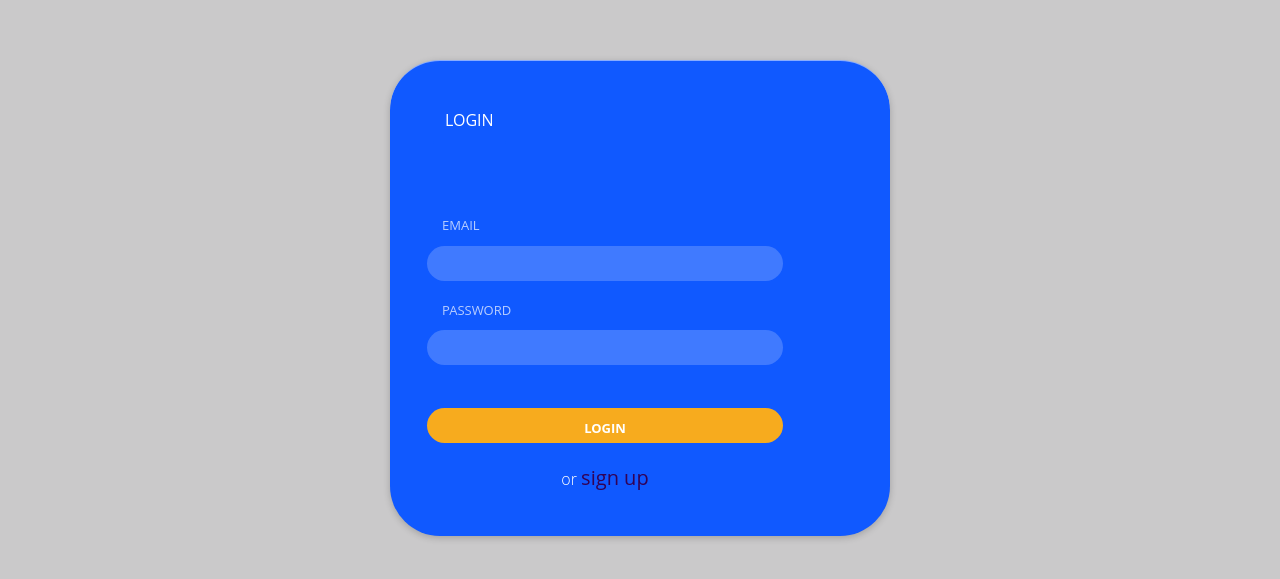
Repository: Yassin-Boushi/Safer
Page: http://localhost/login
An editor plug-in stored every save of this project. The page is shown before and after the next save, followed by the edit.
The browser window is 1280 px wide. The pictures show the whole page.
The page is served by the project's Laravel application, run on PHP 8.4 with Laravel 9. Other server files are loaded and not shown.

Above is the page before, as saved 2025-01-29 08:42:34.

### routes/web.php
<?php

use App\Http\Controllers\AccountController;
use App\Http\Controllers\FlightController;
use App\Http\Controllers\TicketController;
use Illuminate\Support\Facades\Route;

/*
|--------------------------------------------------------------------------
| Web Routes
|--------------------------------------------------------------------------
|
| Here is where you can register web routes for your application. These
| routes are loaded by the RouteServiceProvider within a group which
| contains the "web" middleware group. Now create something great!
|
*/

Route::get('/', function () {
    return redirect('flights');
});

Route::view('login', 'login');
Route::view('add_flight', 'flight.add');

////////////////////////// account
Route::post('account/login', [AccountController::class, 'login']);
Route::get('account/logout', [AccountController::class, 'logout']);

////////////////////////////// flight
Route::resource('flights', FlightController::class);
Route::get('flight/edit/{id}', [FlightController::class, 'edit']);
Route::post('flight/update/{id}', [FlightController::class, 'update']);
Route::get('flight/destroy/{id}', [FlightController::class, 'destroy']);


////////////////////////////// ticket
Route::resource('tickets', TicketController::class);
Route::get('ticket/edit/{id}', [FlightController::class, 'edit']);
Route::post('ticket/update/{id}', [FlightController::class, 'update']);
Route::get('ticket/destroy/{id}', [FlightController::class, 'destroy']);

### resources/views/login.blade.php
<link href="/css/bootstrap.min.css" rel="stylesheet">
    <link rel="stylesheet" href="/css/add.css">
<div class="container">
    <div class="frame h-auto">
        <div class="nav">
            <ul class="links">
                <li class="signin-active"><a class="btn">login </a></li>
            </ul>
        </div>
        <div ng-app ng-init="checked = false">

            <form class="form-signin" action="account/login" method="post" enctype="multipart/form-data" >
            @csrf
             <label for="email">email</label>
             <input class="form-styling" type="text" name="email" placeholder="" />
             <label for="password">password </label> <input class="form-styling" type="password" name="password" placeholder="" />
           <br>
            <input type="submit" style="background-color: rgb(247, 171, 30) " class=" btn-signup " value="login">
            <br>
            <br>


            <div class="" style="color:white;text-align:center;margin-top:30px"> or <a href="sign_up_student">sign up</a> </div>


            </form>

<script src="/js/bootstrap.bundle.min.js"></script>
    <script src="/js/all.min.js"></script>

### public/css/add.css

html,
body * {
    box-sizing: border-box;
    font-family: 'Open Sans', sans-serif
}

body {
    background-color: #cac9ca;
   background-size: cover
}

.container {
    width: 100%;
    padding-top: 60px;
    padding-bottom: 100px
}

.frame {
    height: 700px;
    width: 500px;
    background-color: #1059FF;
    background-size: cover;
    margin-left: auto;
    margin-right: auto;
    border-top: solid 1px rgba(255, 255, 255, .5);
    border-radius: 5px;
    box-shadow: 0px 2px 7px rgba(0, 0, 0, 0.2);
    border-radius: 50px;
    transition: all .5s ease
}

.frame-long {
    height: 615px
}

.frame-short {
    /* height: 400px;  */
    margin-top: 50px;
    box-shadow: 0px 2px 7px rgba(0, 0, 0, 0.1)
}

.nav {
    width: 100%;
    height: 100px;
    padding-top: 40px;
    opacity: 1;
    transition: all .5s ease
}

.nav-up {
    transform: translateY(-100px);
    opacity: 0
}

li {
    padding-left: 10px;
    font-size: 18px;
    display: inline;
    text-align: left;
    text-transform: uppercase;
    padding-right: 10px;
    color: #ffffff
}

.signin-active a {
    padding-bottom: 10px;
    color: #ffffff;
    text-decoration: none;
    border-bottom: solid 2px #1059FF;
    transition: all .25s ease;
    cursor: pointer
}

.signin-inactive a {
    padding-bottom: 0;
    color: rgba(255, 255, 255, .3);
    text-decoration: none;
    border-bottom: none;
    cursor: pointer
}

.signup-active a {
    cursor: pointer;
    color: #ffffff;
    text-decoration: none;
    border-bottom: solid 1px #1059FF;
    padding-bottom: 10px
}

.signup-inactive a {
    cursor: pointer;
    color: rgba(255, 255, 255, .3);
    text-decoration: none;
    transition: all .25s ease
}

.form-signin {
    width: 430px;
    height: 375px;
    font-size: 16px;
    font-weight: 300;
    padding-left: 37px;


padding-right: 37px;
    padding-top: 55px;
    transition: opacity .5s ease, transform .5s ease
}

.form-signin-left {
    transform: translateX(-400px);
    opacity: .0
}

.form-signup {
    width: 430px;
    height: 375px;
    font-size: 12px;
    font-weight: 300;
    padding-left: 37px;
    padding-right: 37px;
    padding-top: 55px;
    position: relative;
    top: -375px;
    left: 400px;
    opacity: 0;
    transition: all .5s ease
}

.form-signup-left {
    transform: translateX(-399px);
    opacity: 1
}

.form-signup-down {
    top: 0px;
    opacity: 0
}

.success {
    width: 80%;
    height: 150px;
    text-align: center;
    position: relative;
    top: -890px;
    left: 450px;
    opacity: .0;
    transition: all .8s .4s ease
}

.success-left {
    transform: translateX(-406px);
    opacity: 1
}

.successtext {
    color: #ffffff;
    font-size: 16px;
    font-weight: 300;
    margin-top: -35px;
    padding-left: 37px;
    padding-right: 37px
}

#check path {
    stroke: #ffffff;
    stroke-linecap: round;
    stroke-linejoin: round;
    stroke-width: .85px;
    stroke-dasharray: 60px 300px;
    stroke-dashoffset: -166px;
    fill: rgba(255, 255, 255, .0);
    transition: stroke-dashoffset 2s ease .5s, fill 1.5s ease 1.0s
}

#check.checked path {
    stroke-dashoffset: 33px;
    fill: rgba(255, 255, 255, .03)
}

.form-signin input,
.form-signup input {
    color: #ffffff;
    font-size: 13px
}

.form-styling {
    width: 100%;
    height: 35px;
    padding-left: 15px;
    border: none;
    border-radius: 20px;
    margin-bottom: 20px;
    background: rgba(255, 255, 255, .2)
}

label {
    font-weight: 400;
    text-transform: uppercase;
    font-size: 13px;
    padding-left: 15px;
    padding-bottom: 10px;
    color: rgba(255, 255, 255, .7);
    display: block
}

:focus {
    outline: none
}

.form-signin input:focus,
textarea:focus,
.form-signup input:focus,
textarea:focus {
    background: rgba(255, 255, 255, .3);
    border: none;
    padding-right: 40px;
    transition: background .5s ease
}


/* [type="checkbox"]:not(:checked),
[type="checkbox"]:checked {
    position: absolute;
    display: none
}

[type="checkbox"]:not(:checked)+label,
[type="checkbox"]:checked+label {
    position: relative;
    padding-left: 85px;
    padding-top: 2px;
    cursor: pointer;
    margin-top: 8px
}

[type="checkbox"]:not(:checked)+label:before,
[type="checkbox"]:checked+label:before,
[type="checkbox"]:not(:checked)+label:after,
[type="checkbox"]:checked+label:after {
    content: '';
    position: absolute
}

[type="checkbox"]:not(:checked)+label:before,
[type="checkbox"]:checked+label:before {
    width: 65px;
    height: 30px;
    background: rgba(255, 255, 255, .2);
    border-radius: 15px;
    left: 0;
    top: -3px;
    transition: all .2s ease
}

[type="checkbox"]:not(:checked)+label:after,
[type="checkbox"]:checked+label:after {
    width: 10px;
    height: 10px;
    background: rgba(255, 255, 255, .7);
    border-radius: 50%;
    top: 7px;
    left: 10px;
    transition: all .2s ease
}

[type="checkbox"]:checked+label:before {
    background: #0F4FE6
}

[type="checkbox"]:checked+label:after {
    background: #ffffff;
    top: 7px;
    left: 45px
}

[type="checkbox"]:checked+label .ui,
[type="checkbox"]:not(:checked)+label .ui:before,
[type="checkbox"]:checked+label .ui:after {
    position: absolute;
    left: 6px;
    width: 65px;
    border-radius: 15px;
    font-size: 14px;
    font-weight: bold;
    line-height: 22px;
    transition: all .2s ease
}

[type="checkbox"]:not(:checked)+label .ui:before {
    content: "no";
    left: 32px;


color: rgba(255, 255, 255, .7)
}

[type="checkbox"]:checked+label .ui:after {
    content: "yes";
    color: #ffffff
}

[type="checkbox"]:focus+label:before {
    box-sizing: border-box;
    margin-top: -1px
}  */

.btn-signup {
    float: left;
    font-weight: 700;
    text-transform: uppercase;
    font-size: 13px;
    text-align: center;
    color: #ffffff;
    padding-top: 8px;
    width: 100%;
    height: 35px;
    border: none;
    border-radius: 20px;
    margin-top: 23px;
    background-color: #1059FF
}

.btn-signin {
    float: left;
    padding-top: 8px;
    width: 100%;
    height: 35px;
    border: none;
    border-radius: 20px;
    margin-top: -8px
}

.btn-animate {
    float: left;
    font-weight: 700;
    text-transform: uppercase;
    font-size: 13px;
    text-align: center;
    color: rgba(255, 255, 255, 1);
    padding-top: 8px;
    width: 100%;
    height: 35px;
    border: none;
    border-radius: 20px;
    margin-top: 23px;
    background-color: rgba(16, 89, 255, 1);
    left: 0px;
    top: 0px;
    transition: all .5s ease, top .5s ease .5s, height .5s ease .5s, background-color .5s ease .75s
}

.btn-animate-grow {
    width: 130%;
    height: 625px;
    position: relative;
    left: -55px;
    top: -420px;
    color: rgba(255, 255, 255, 0);
    background-color: rgba(255, 255, 255, 1)
}

a.btn-signup:hover,
a.btn-signin:hover {
    cursor: pointer;
    background-color: #0F4FE6;
    transition: background-color .5s
}

.forgot {
    height: 100px;
    width: 80%;
    margin-left: auto;
    margin-right: auto;
    text-align: center;
    padding-top: 24px;
    margin-top: -535px;
    border-top: solid 1px rgba(255, 255, 255, .3);
    transition: all 0.5s ease
}

.forgot-left {
    transform: translateX(-400px);
    opacity: 0
}

.forgot-fade {
    opacity: 0
}

 a {
   color: rgb(50, 2, 85);
    font-weight: 400;
    font-size: 20px;
    text-decoration: none
}

.welcome {
    width: 100%;
    height: 50px;
    position: relative;
    color: rgba(35, 43, 85, 0.75);
    opacity: 0;
    transition: transform 1.5s ease .25s, opacity .1s ease 1s
}

.welcome-left {
    transform: translateY(-780px);
    opacity: 1
}

.cover-photo {
    height: 150px;
    position: relative;
    left: 0px;
    top: -900px;
    background: linear-gradient(rgba(35, 43, 85, 0.75), rgba(35, 43, 85, 0.95)), url(https://img.icons8.com/bubbles/100/000000/user.png);
    background-size: cover;
    opacity: 0;
    transition: all 1.5s ease 0.55s
}

.cover-photo-down {
    top: -575px;
    opacity: 1
}

.profile-photo {
    height: 125px;
    width: 125px;
    position: relative;
    border-radius: 70px;
    left: 155px;
    top: -1000px;
    background: url(https://img.icons8.com/bubbles/100/000000/user.png);
    background-size: 100% 135%;
    background-position: 100% 100%;
    opacity: 0;
    transition: top 1.5s ease 0.35s, opacity .75s ease .5s;
    border: solid 3px #ffffff
}

.profile-photo-down {
    top: -636px;
    opacity: 1
}

h1 {
    color: #ffffff;
    font-size: 35px;
    font-weight: 300;
    text-align: center
}

.btn-goback {
    position: relative;
    margin-right: auto;
    top: -400px;
    float: left;
    padding: 8px;
    width: 83%;
    margin-left: 37px;
    margin-right: 37px;
    height: 35px;
    border-radius: 20px;
    font-weight: 700;
    text-transform: uppercase;
    font-size: 13px;
    text-align: center;
    color: #1059FF;
    margin-top: -8px;
    border: solid 1px #1059FF;
    opacity: 0;
    transition: top 1.5s ease 0.35s, opacity .75s ease .5s
}

.btn-goback-up {
    top: -1080px;
    opacity: 1

}

a.btn-goback:hover {
    cursor: pointer;
    background-color: #0F4FE6;
    transition: all .5s;
    color: #ffffff
}

#refresh {
    position: fixed;
    bottom: 20px;
    right: 20px;
    background-color: #ffffff;
    width: 50px;
    height: 50px;
    border-radius: 25px;
    box-shadow: 0px 2px 7px rgba(0, 0, 0, 0.1);
    padding: 13px 0 0 13px
}

.refreshicon {
    fill: #d3d3d3;
    transform: rotate(0deg);
    transition: fill .25s ease, transform .25s ease
}

.refreshicon:hover {
    cursor: pointer;
    fill: #1059FF;
    transform: rotate(180deg)
}

Loaded but not shown: public/css/bootstrap.min.css (library)

After the next save:
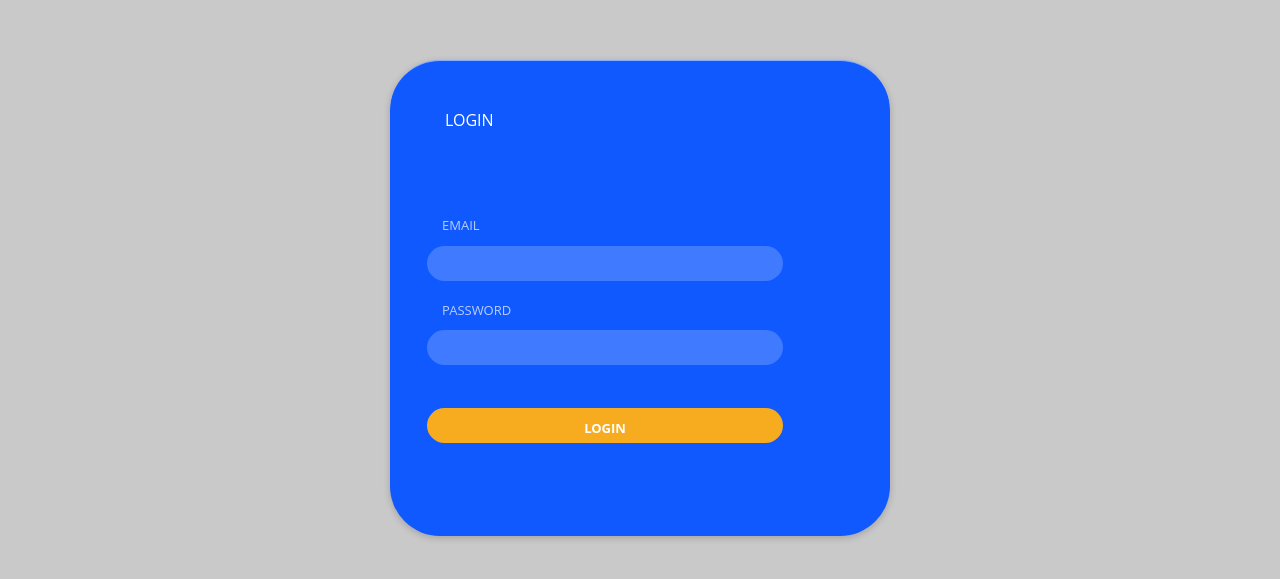
Saved 39 s later.
--- a/resources/views/login.blade.php
+++ b/resources/views/login.blade.php
@@ -16,11 +16,7 @@
              <label for="password">password </label> <input class="form-styling" type="password" name="password" placeholder="" />
            <br>
             <input type="submit" style="background-color: rgb(247, 171, 30) " class=" btn-signup " value="login">
-            <br>
-            <br>
 
-
-            <div class="" style="color:white;text-align:center;margin-top:30px"> or <a href="sign_up_student">sign up</a> </div>
 
 
             </form>
